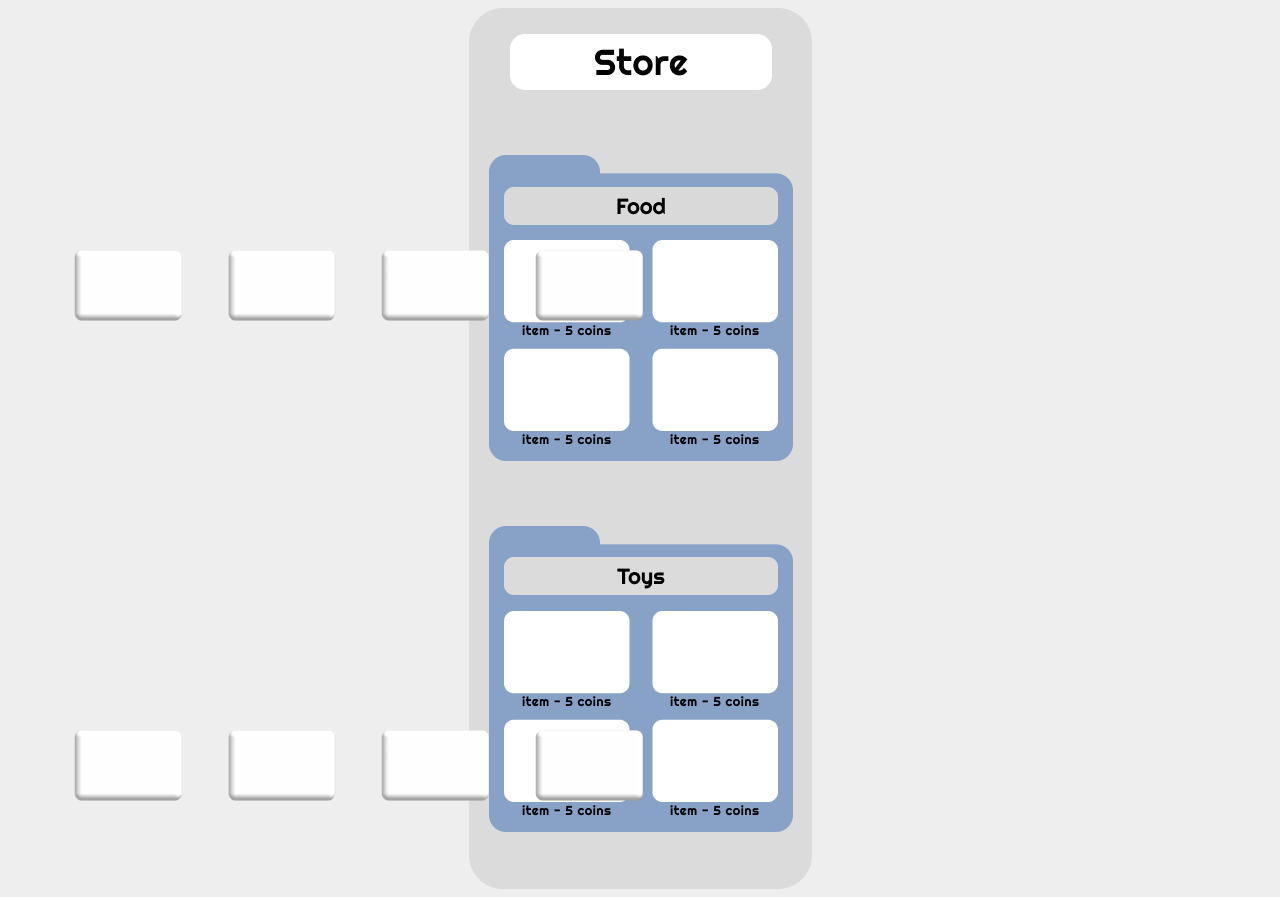
Repository: alemunden/Trash-Scavengers
Page: /ScrappyStore
An editor plug-in stored every save of this project. The page is shown before and after the next save, followed by the edit.
The browser window is 1280 px wide. The pictures show the whole page.
The project was rebuilt for these pictures with package versions that can differ from the ones it lists, and the page was loaded fresh each time. The framework's server and built-in components were replaced by stand-ins that run in the browser. Also part of the build but not shown: next.config.mjs.

Above is the page before, as saved 2024-04-28 14:54:02.

After the next save:
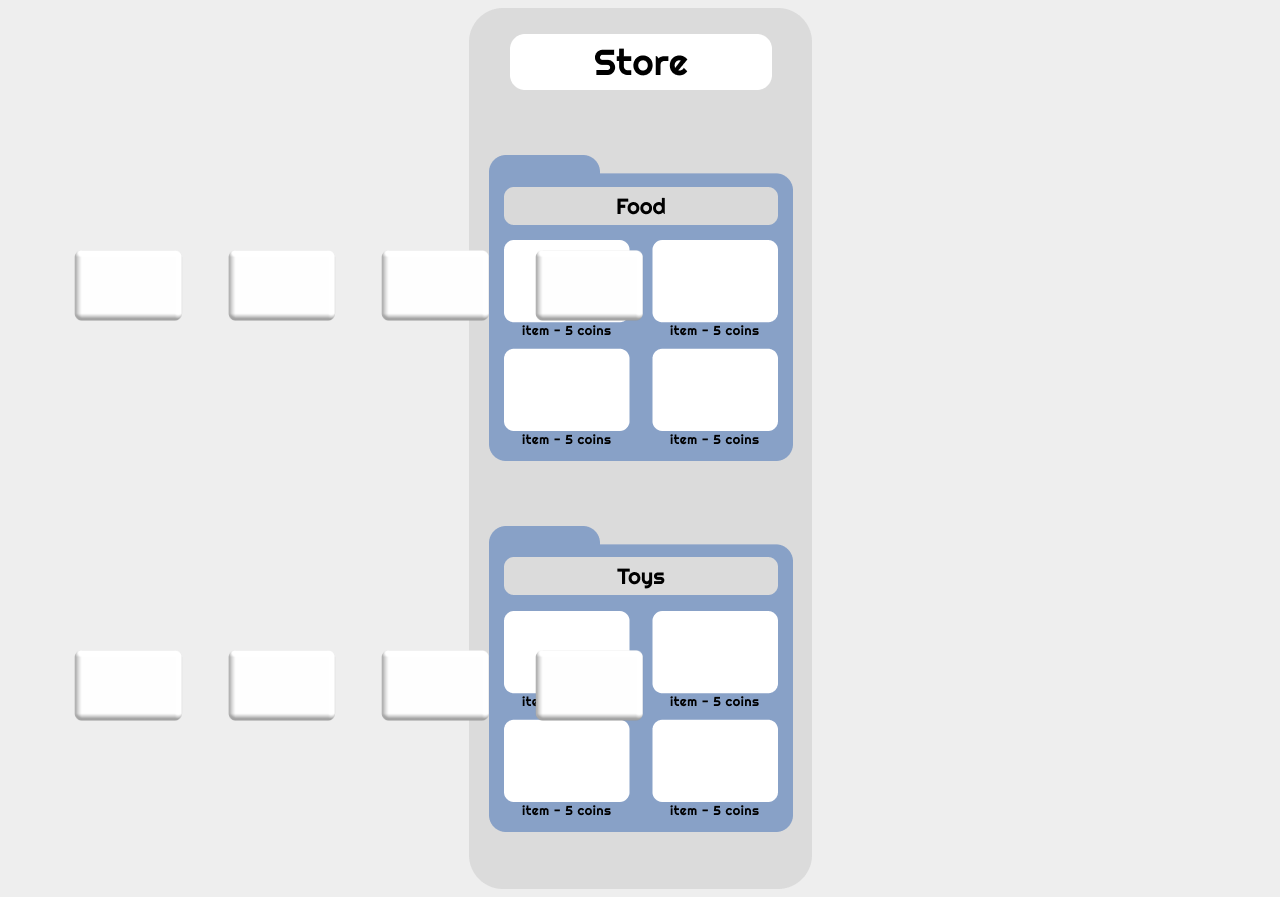
Saved 6 s later.
--- a/styles/ScrappyStore.module.css
+++ b/styles/ScrappyStore.module.css
@@ -19,7 +19,7 @@
     display: flex;
     flex-direction: row;
     flex-wrap: wrap;
-    top: 45.6rem;
+    top: 40.6rem;
     left: 3.2rem;
     column-gap: 0rem;
     row-gap: 2rem;
